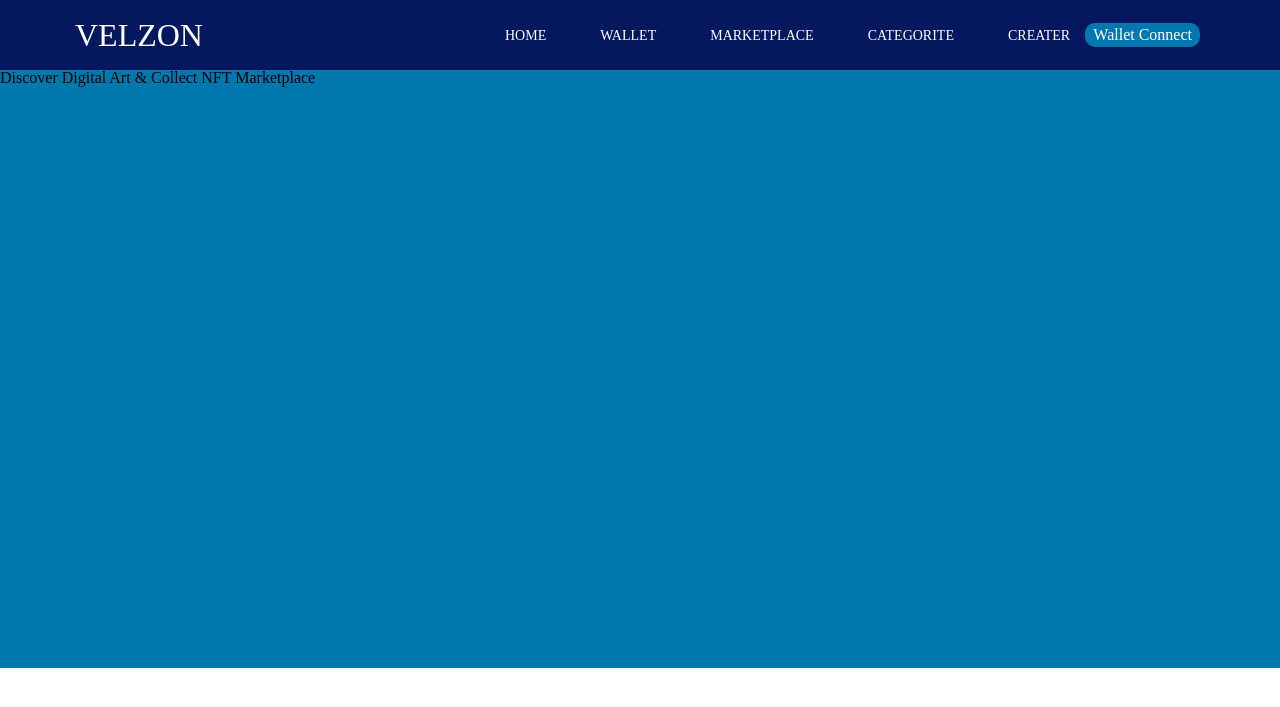
Repository: HuynhDuc23/Webvideodesgin
Page: index.html
These files come from the project's save history. The page is drawn as it stood at one moment and after the next save; the edit follows.
The browser window is 1280 px wide. The pictures show the whole page.
The style sheet was rebuilt from its Sass, Less or Tailwind sources for each picture, by a compiler version that may differ from the author's.

Above is the page before, as saved 2023-04-25 11:37:49.

After the next save:
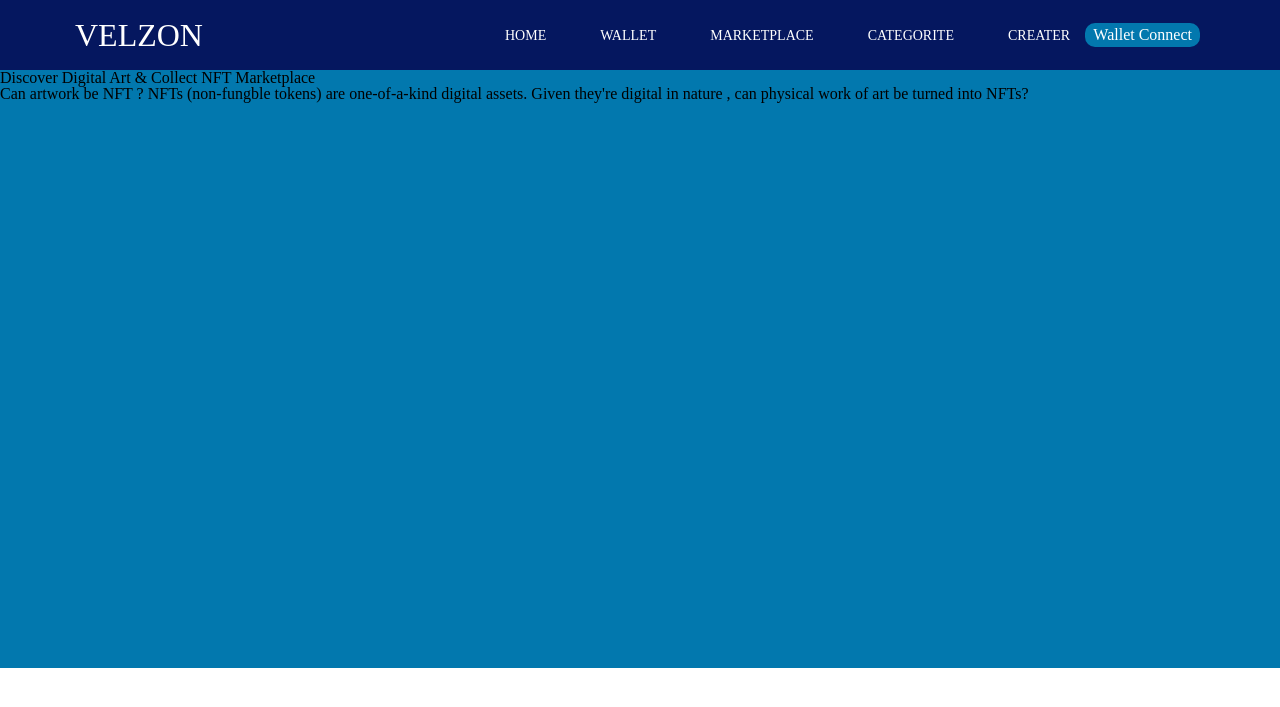
Saved 4 min 21 s later.
--- a/index.html
+++ b/index.html
@@ -27,6 +27,11 @@
         <div class="loadingpage__mid__content1">
             <h1 class="loadingpage__mid__content">Discover Digital Art & Collect <span>NFT Marketplace</span></h1>
         </div>
+        <div class="loadingpage__mid__content2">
+            <p class="loadding__mid__content2__para">
+                Can artwork be NFT ? NFTs (non-fungble tokens) are one-of-a-kind digital assets. Given they're  digital in nature , can physical work of art be turned into NFTs?
+            </p>
+        </div>
      </div>
     </div>
 </body>
